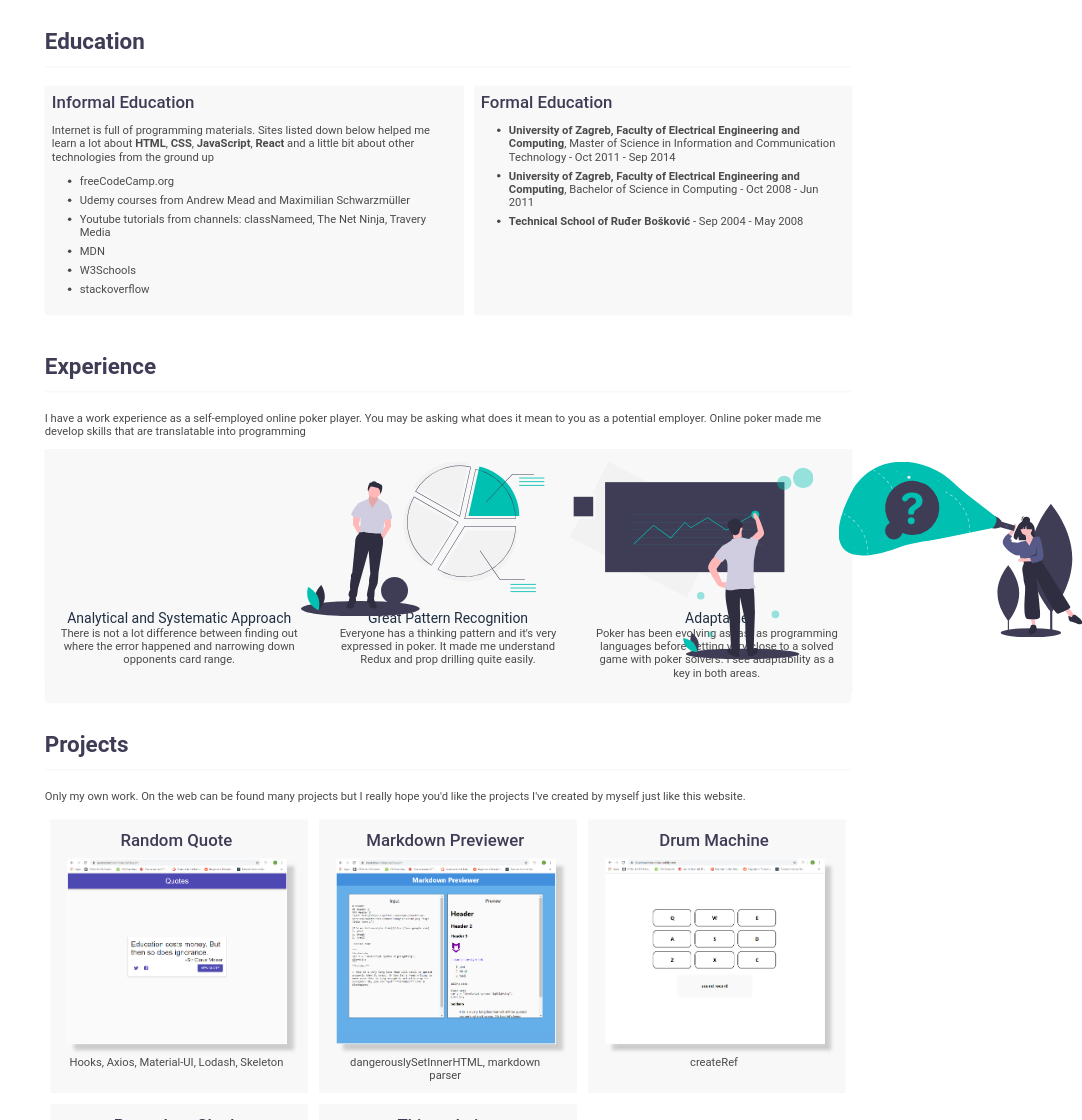
Repository: milac0/my-website
Page: /
These files come from the project's save history. The page is drawn as it stood at one moment and after the next save; the edit follows.
The browser window is 1280 px wide. The page is 1546 px wide, then 1372 px, so the pictures cover 1546 px, including what lies to the right of the window. The pictures show the part of the page from y = 581 to 2181 px (the page is 3017 px tall), at 70% of full size.
The project was rebuilt for these pictures with package versions that can differ from the ones it lists, and the page was loaded fresh each time. Also part of the build but not shown: src/components/formContact.module.css, src/components/FormContact.js, src/pages/contact.module.css, src/pages/Contact.js. Imported but missing from the stored project, and not drawn on this page: src/resume.pdf.

Above is the page before, as saved 2019-10-29 19:36:21.

After the next save:
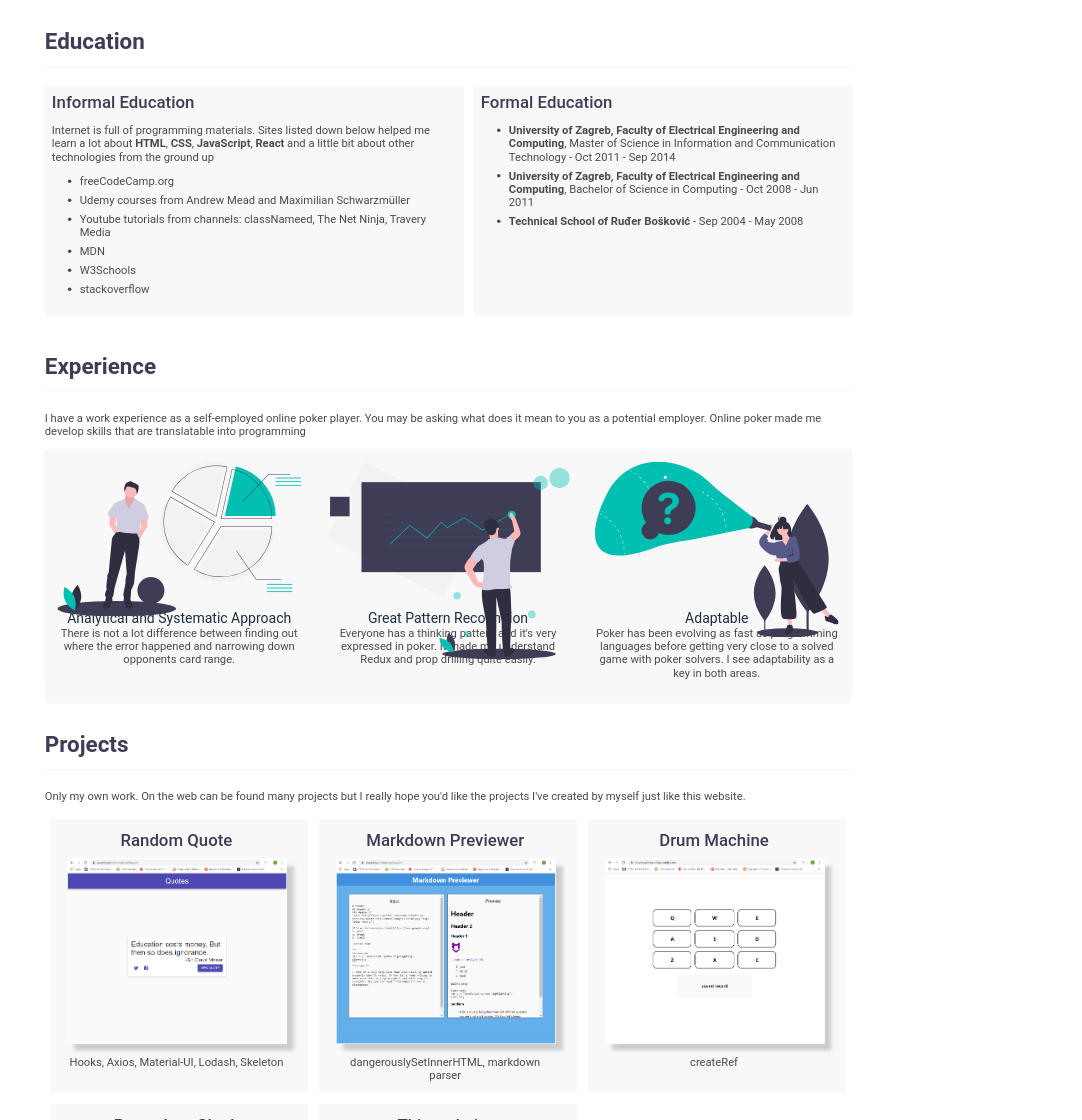
Saved 6 s later.
--- a/src/index.css
+++ b/src/index.css
@@ -202,7 +202,7 @@ section {
   position: absolute;
   /* left: 50%;
   transform: translateX(-50%); */
-  left: 50%;
+  left: -50%;
 }
 
 article {
